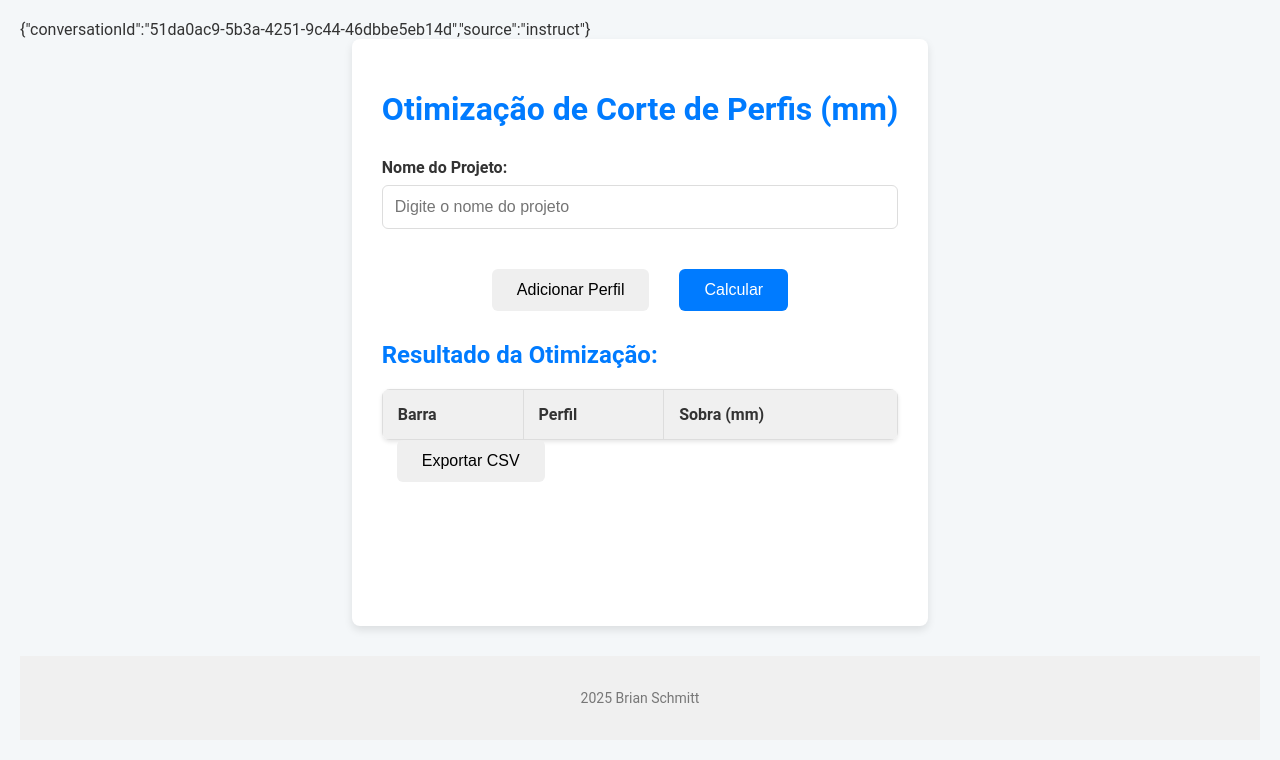
Repository: brianbebop/aqui
Page: index.html
These files come from the project's save history. The page is drawn as it stood at one moment and after the next save; the edit follows.
The browser window is 1280 px wide. The pictures show the whole page.

Above is the page before, as saved 2025-03-22 21:52:42.

### index.html
<!DOCTYPE html>
<html lang="pt">
{"conversationId":"51da0ac9-5b3a-4251-9c44-46dbbe5eb14d","source":"instruct"}
<head>
    <title>Otimização de Corte de Perfis (mm)</title>
    <meta charset="UTF-8">
    <meta name="viewport" content="width=device-width, initial-scale=1.0">
    <link rel="stylesheet" href="style.css">
</head>
<body>
    <div class="container">
        <h1 class="page-title">Otimização de Corte de Perfis (mm)</h1>
        <div class="project-info">
            <label for="nomeProjeto" class="form-label">Nome do Projeto:</label>
            <input type="text" id="nomeProjeto" class="form-input" placeholder="Digite o nome do projeto">
        </div>
        <div id="perfis" class="perfis-container">
            </div>
        <div class="button-container">
            <button id="adicionarPerfil" class="btn btn-add-perfil">Adicionar Perfil</button>
            <button id="calcular" class="btn btn-calculate">Calcular</button>
        </div>
        <div id="resultado" class="result-container">
            <h2 class="result-title">Resultado da Otimização:</h2>
            <table id="resumoBarras" class="result-table">
                <thead>
                    <tr>
                        <th class="table-header">Barra</th>
                        <th class="table-header">Perfil</th>
                        <th class="table-header">Sobra (mm)</th>
                    </tr>
                </thead>
                <tbody>
                    </tbody>
            </table>
            <button id="exportarCSV" class="btn btn-export">Exportar CSV</button>
        </div>
    </div>

    <footer class="footer">
        <p> 2025 Brian Schmitt</p>
    </footer>

    <script src="script.js"></script>
</body>
</html>

### style.css
:root {
    --primary-color: #007bff;
    --background-color: #f4f4f4;
    --text-color: #333;
    --border-color: #ddd;
}
/* Estilos gerais */
body {
    font-family: 'Roboto', sans-serif;
    margin: 0;
    padding: 20px;
    background-color: #f4f7f9;
    color: #333;
    display: flex;
    flex-direction: column;
    min-height: 100vh;
    margin: 0;
}

.container {
    max-width: 800px;
    margin: 0 auto;
    background-color: white;
    padding: 30px;
    border-radius: 8px;
    box-shadow: 0 4px 8px rgba(0, 0, 0, 0.1);
    flex-grow: 1;
}

.page-title {
    text-align: center;
    color: #007bff;
    margin-bottom: 30px;
}

.project-info {
    margin-bottom: 25px;
}

.form-label {
    display: block;
    margin-bottom: 8px;
    font-weight: 600;
}

.form-input {
    width: 100%;
    padding: 12px;
    border: 1px solid #ddd;
    border-radius: 6px;
    margin-bottom: 15px;
    box-sizing: border-box;
    font-size: 16px;
}

.perfis-container {
    margin-bottom: 25px;
}

.perfil {
    margin-bottom: 15px;
    display: flex;
    align-items: center;
    background-color: #f9f9f9;
    padding: 15px;
    border-radius: 6px;
}

.perfil label {
    margin-right: 15px;
    font-weight: 600;
}

.perfil input {
    flex-grow: 1;
    padding: 12px;
    border: 1px solid #ddd;
    border-radius: 6px;
    font-size: 16px;
}

.button-container {
    display: flex;
    justify-content: center;
    margin-bottom: 30px;
}

.btn {
    padding: 12px 25px;
    border: none;
    border-radius: 6px;
    cursor: pointer;
    margin: 0 15px;
    font-size: 16px;
    transition: background-color 0.3s ease;
}

.btn-calculate {
    background-color: #007bff;
    color: white;
}

.btn-calculate:hover {
    background-color: #0056b3;
}

.result-container {
    margin-top: 30px;
}

.result-title {
    font-size: 24px;
    margin-bottom: 20px;
    color: #007bff;
}

.result-table {
    width: 100%;
    border-collapse: collapse;
    border-radius: 8px;
    overflow: hidden;
    box-shadow: 0 2px 4px rgba(0, 0, 0, 0.1);
}

.table-header,
.result-table td {
    border: 1px solid #ddd;
    padding: 15px;
    text-align: left;
}

.table-header {
    background-color: #f0f0f0;
    font-weight: 600;
}

/* Estilos responsivos */
@media (max-width: 600px) {
    .perfil {
        flex-direction: column;
        align-items: stretch;
    }

    .perfil label {
        margin-right: 0;
        margin-bottom: 8px;
    }

    .button-container {
        flex-direction: column;
        align-items: center;
    }

    .btn {
        margin: 8px 0;
        width: 100%;
    }

    .table-header,
    .result-table td {
        font-size: 14px;
    }
}

.remover-perfil {
    background-color: #e91e63; /* Cor de fundo semelhante ao botão "Calcular" */
    color: white;
    border: none;
    padding: 8px 16px;
    border-radius: 4px;
    cursor: pointer;
    font-size: 14px;
    transition: background-color 0.3s ease;
}

.remover-perfil:hover {
    background-color: #c2185b; /* Cor de fundo mais escura no hover */
}
.footer {
    text-align: center;
    padding: 20px;
    background-color: #f0f0f0;
    margin-top: 30px;
    font-size: 14px;
    color: #777;

}
div:empty,
p:empty {
    display: none;
}

### script.js
const perfisDiv = document.getElementById('perfis');
const adicionarPerfilButton = document.getElementById('adicionarPerfil');
const calcularButton = document.getElementById('calcular');
const resultadoDiv = document.getElementById('resultado');
const resumoBarrasTabela = document.getElementById('resumoBarras').getElementsByTagName('tbody')[0];
const nomeProjetoInput = document.getElementById('nomeProjeto');
const exportarCSVButton = document.getElementById('exportarCSV');

let perfis = [];
let contadorPerfil = 0;

function calcularOtimizacao() {
    const tamanhoBarra = 6000;
    const perfisComTamanho = perfis
        .filter(perfil => perfil.input.value !== '') // Ignora perfis com valor vazio
        .map(perfil => ({
            id: perfil.id,
            tamanho: parseInt(perfil.input.value)
        }));

    // Função para encontrar a melhor combinação de perfis para uma barra
    function encontrarMelhorCombinacao(perfisRestantes, espacoLivre) {
        let melhorCombinacao = { perfis: [], sobra: espacoLivre };

        function combinar(combinacaoAtual, sobraAtual, indiceAtual) {
            if (sobraAtual < melhorCombinacao.sobra) {
                melhorCombinacao = { perfis: combinacaoAtual, sobra: sobraAtual };
            }

            if (indiceAtual < perfisRestantes.length) {
                const perfilAtual = perfisRestantes[indiceAtual];
                if (sobraAtual >= perfilAtual.tamanho) {
                    combinar(
                        [...combinacaoAtual, perfilAtual],
                        sobraAtual - perfilAtual.tamanho,
                        indiceAtual + 1
                    );
                }
                combinar(combinacaoAtual, sobraAtual, indiceAtual + 1);
            }
        }

        combinar([], espacoLivre, 0);
        return melhorCombinacao;
    }

    // Algoritmo de otimização

    const barras = [];
    let perfisRestantes = [...perfisComTamanho];
    while (perfisRestantes.length > 0) {
        const perfilAtual = perfisRestantes[0];
        if (perfilAtual.tamanho > tamanhoBarra) {
            // Divide o perfil em múltiplas barras
            const quantidadeBarras = Math.ceil(perfilAtual.tamanho / tamanhoBarra);
            for (let i = 0; i < quantidadeBarras; i++) {
                const tamanhoBarraAtual = Math.min(tamanhoBarra, perfilAtual.tamanho - i * tamanhoBarra);
                const barraAtual = { perfis: [{ ...perfilAtual, tamanho: tamanhoBarraAtual }], espacoLivre: tamanhoBarra - tamanhoBarraAtual };
                barras.push(barraAtual);

                // Tenta otimizar o espaço restante na barra atual
                if (barraAtual.espacoLivre > 0) {
                    const melhorCombinacao = encontrarMelhorCombinacao(perfisRestantes.filter(p => p !== perfilAtual), barraAtual.espacoLivre);
                    if (melhorCombinacao.perfis.length > 0) {
                        barraAtual.perfis = [...barraAtual.perfis, ...melhorCombinacao.perfis];
                        barraAtual.espacoLivre = melhorCombinacao.sobra;

                        // Remove os perfis utilizados da lista perfisRestantes
                        melhorCombinacao.perfis.forEach(perfilUsado => {
                            perfisRestantes = perfisRestantes.filter(perfil => perfil.id !== perfilUsado.id);
                        });
                    }
                }
            }
            perfisRestantes.shift(); // Remove o perfil dividido
        } else {
            // Encontra a melhor combinação para a barra
            const melhorCombinacao = encontrarMelhorCombinacao(perfisRestantes, tamanhoBarra);
            barras.push({ perfis: melhorCombinacao.perfis, espacoLivre: melhorCombinacao.sobra });
            perfisRestantes = perfisRestantes.filter(
                perfil => !melhorCombinacao.perfis.includes(perfil)
            );
        }
    }

    // Exibe o resultado na tabela
    resumoBarrasTabela.innerHTML = ''; // Limpa a tabela
    barras.forEach((barra, index) => {
        const novaLinha = resumoBarrasTabela.insertRow();
        const colunaBarra = novaLinha.insertCell(0);
        const colunaPerfis = novaLinha.insertCell(1);
        const colunaSobra = novaLinha.insertCell(2);

        colunaBarra.textContent = `Barra ${index + 1}`;
        colunaPerfis.textContent = barra.perfis.map(perfil => `${perfil.id} (${perfil.tamanho}mm)`).join(', ');
        colunaSobra.textContent = `${barra.espacoLivre} mm`;
    });

    // Exibe o nome do projeto
    const nomeProjeto = nomeProjetoInput.value;
    if (nomeProjeto) {
        document.querySelector('h1').textContent = `Otimização de Corte de Perfis (mm) - ${nomeProjeto}`;
    } else {
        document.querySelector('h1').textContent = `Otimização de Corte de Perfis (mm)`;
    }
}

adicionarPerfilButton.addEventListener('click', () => {
    const perfilId = String.fromCharCode(65 + contadorPerfil);
    const perfilDiv = document.createElement('div');
    perfilDiv.classList.add('perfil');
    perfilDiv.innerHTML = `
        <label for="perfil-${perfilId}">Perfil ${perfilId} (mm):</label>
        <input type="number" id="perfil-${perfilId}" placeholder="Tamanho (mm)">
        <button class="remover-perfil">Remover</button>
    `;
    perfisDiv.appendChild(perfilDiv);
    perfis.push({ id: perfilId, input: perfilDiv.querySelector('input') });
    contadorPerfil++;

    // Adiciona o evento de clique para o botão "Remover"
    const removerButton = perfilDiv.querySelector('.remover-perfil');
    removerButton.addEventListener('click', () => {
        perfis = perfis.filter(perfil => perfil.id !== perfilId);
        perfilDiv.remove();
        calcularOtimizacao(); // Recalcula automaticamente após remover o perfil
    });
});

calcularButton.addEventListener('click', () => {
    calcularOtimizacao();
});



exportarCSVButton.addEventListener('click', () => {
    const nomeProjeto = nomeProjetoInput.value || 'Otimizacao_Corte_Perfis';
    const nomeArquivo = `${nomeProjeto}.csv`;

    let csvContent = 'Barra,Perfis,Sobra (mm)\r\n'; // Cabeçalho CSV
    const linhasTabela = resumoBarrasTabela.rows;
    for (let i = 0; i < linhasTabela.length; i++) {
        const linha = linhasTabela[i];
        const colunas = linha.cells;
        const linhaCSV = `${colunas[0].textContent},"${colunas[1].textContent}",${colunas[2].textContent}\r\n`;
        csvContent += linhaCSV;
    }

    const blob = new Blob([csvContent], { type: 'text/csv;charset=utf-8;' });
    const link = document.createElement('a');
    if (navigator.msSaveBlob) { // IE 10+
        navigator.msSaveBlob(blob, nomeArquivo);
    } else {
        const url = URL.createObjectURL(blob);
        link.href = url;
        link.setAttribute('download', nomeArquivo);
        link.style.visibility = 'hidden';
        document.body.appendChild(link);
        link.click();
        document.body.removeChild(link);
    }
});

After the next save:
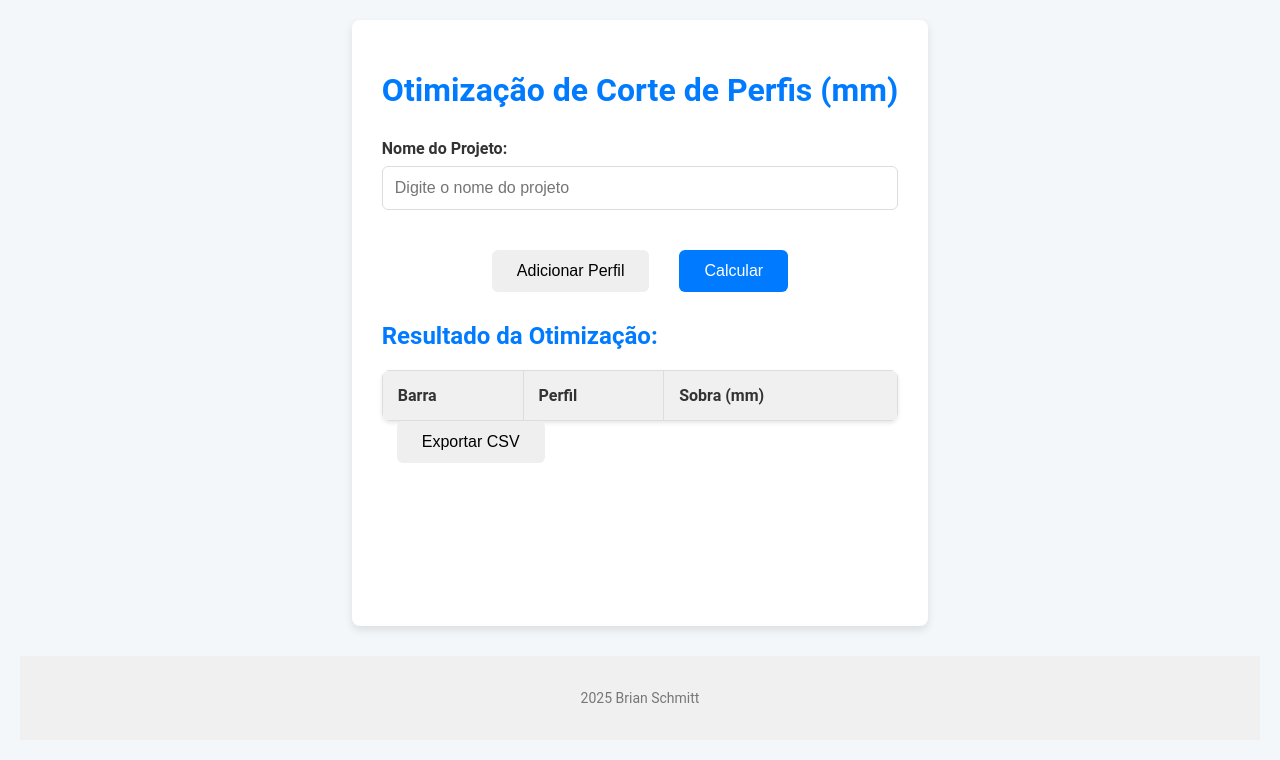
Saved 5 s later.
--- a/index.html
+++ b/index.html
@@ -1,6 +1,6 @@
 <!DOCTYPE html>
 <html lang="pt">
-{"conversationId":"51da0ac9-5b3a-4251-9c44-46dbbe5eb14d","source":"instruct"}
+
 <head>
     <title>Otimização de Corte de Perfis (mm)</title>
     <meta charset="UTF-8">
